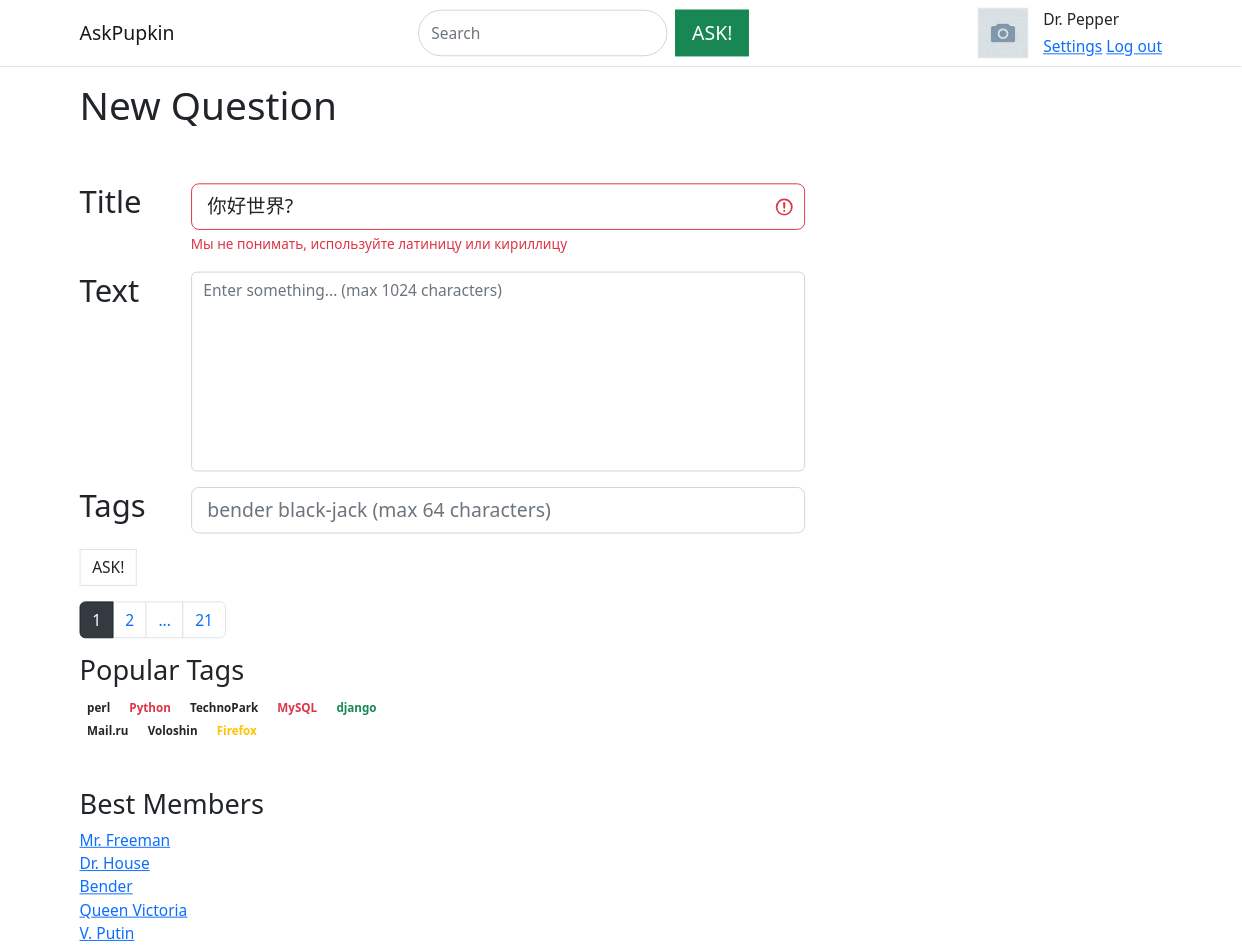
Repository: MiniDan21/askme_molchanov_django
Page: http://localhost/ask
The author's editor kept a copy of each file at every save. The page is drawn from the files as they stood at one save, then again after the next save.
The browser window is 1280 px wide. The pictures show the whole page, at 97% of full size.
The page is served by the project's application, run on Django 5.2 (manage.py).

Above is the page before, as saved 2024-04-09 18:18:07.

After the next save:
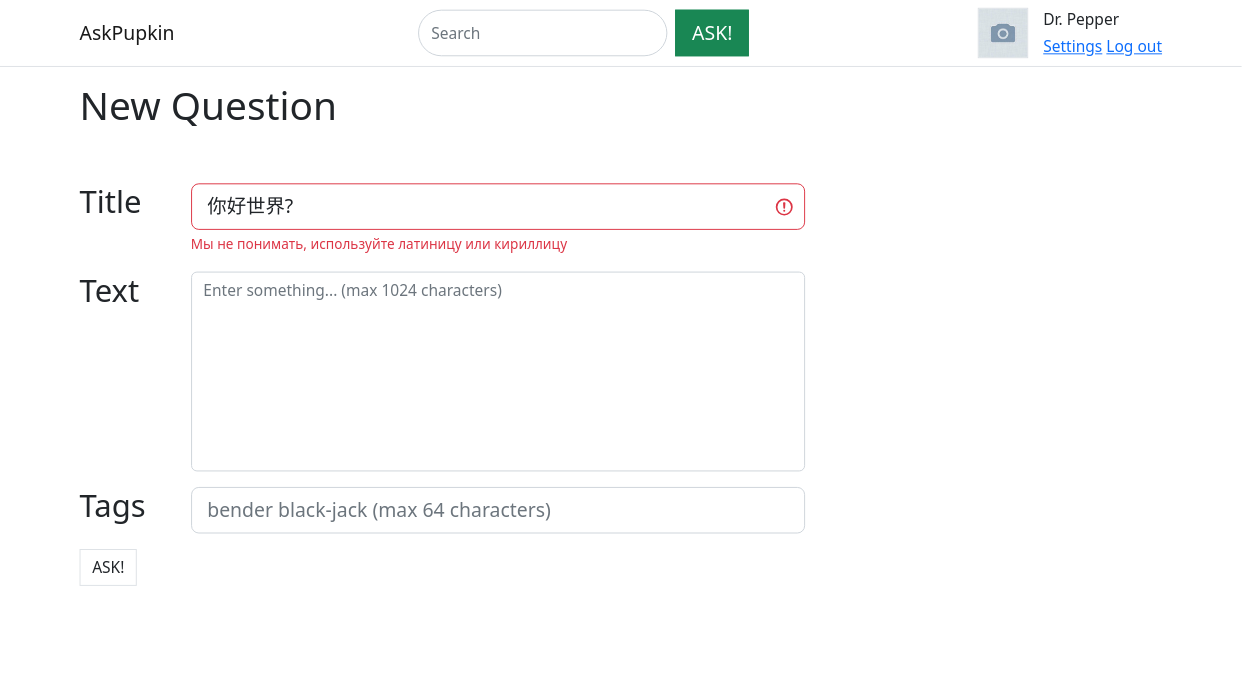
Saved 17 s later.
--- a/templates/ask.html
+++ b/templates/ask.html
@@ -66,7 +66,4 @@
             </div>
           </form>
         </div>
-        {% include 'layouts/pagination.html' %}
-        {% include 'layouts/popular.html' %}
-
     {% endblock %}
